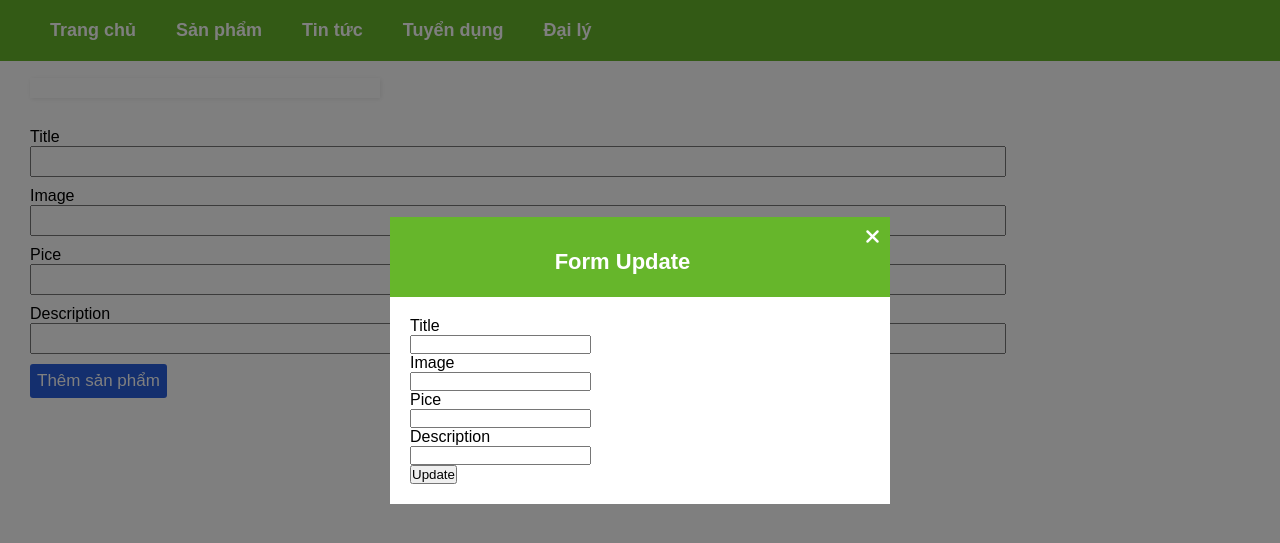
Repository: Ngoc28/CURD_HTML-CSS_JS_JSON
Page: index.html
An editor plug-in stored every save of this project. The page is shown before and after the next save, followed by the edit.
The browser window is 1280 px wide. The pictures show the whole page.
The page's requests for data from a server got no answer.

Above is the page before, as saved 2023-04-11 09:51:20.

### index.html
<!DOCTYPE html>
<html lang="en">
<head>
    <meta charset="UTF-8">
    <meta http-equiv="X-UA-Compatible" content="IE=edge">
    <meta name="viewport" content="width=device-width, initial-scale=1.0">
    <title>CURD Cơ bản</title>
    <link rel="stylesheet" href="https://cdnjs.cloudflare.com/ajax/libs/font-awesome/6.4.0/css/all.min.css" integrity="sha512-iecdLmaskl7CVkqkXNQ/ZH/XLlvWZOJyj7Yy7tcenmpD1ypASozpmT/E0iPtmFIB46ZmdtAc9eNBvH0H/ZpiBw==" crossorigin="anonymous" referrerpolicy="no-referrer" />
    <link rel="stylesheet" href="./asset/css/style.css">
</head>
<body>
    <header class="header-menu">
        <ul class="list-menu">
            <li class="item-menu"><a href="">Trang chủ</a></li>
            <li class="item-menu"><a href="">Sản phẩm</a></li>
            <li class="item-menu"><a href="">Tin tức</a></li>
            <li class="item-menu"><a href="">Tuyển dụng</a></li>
            <li class="item-menu"><a href="">Đại lý</a></li>
        </ul>
    </header>
    <div class="main">
        <div class="title-product">
            <h2 class="title">Sản phẩm của chúng tôi</h2>
        </div>
        <div class="products">
            <div class="product">
                <!-- <h3 class="product-name">Coca-Cola</h3>
                <img src="https://cdn.tgdd.vn/Products/Images/2947/190310/bhx/sua-trai-cay-nutriboost-huong-cam-297ml-202202122134380628.jpg" alt="" class="product-img">
                <spam class="product-price">18.000</spam>
                <span class="product-description">Nutriboost là thức uống dinh dưỡng kết hợp sữa và nước trái cây thơm ngon, giúp bạn luôn tràn năng lượng cho một ngày làm việc hiệu quả.</span> -->
            </div>
        </div>
    </div>
    <div class="form">
        <div class="form-1">
            <label for="">Title</label>
            <input type="text" name="title">
        </div>
        <div class="form-1">
            <label for="">Image</label>
            <input type="text" name="image">
        </div>
        <div class="form-1">
            <label for="">Pice</label>
            <input type="text" name="price">
        </div>
        <div class="form-1">
            <label for="">Description</label>
            <input type="text" name="description">
        </div>
        <button type="submit" id="create">Thêm sản phẩm</button>
    </div>

    <!-- formUpdate -->
    <div class="formUpdate">
        <div class="modal">
            <header>
                <i class="update-icon fa-solid fa-xmark"></i>
                <h1>
                    Form Update
                </h1>
            </header>
            <div class="modal-body">
                <div class="form-2">
                    <label for="">Title</label>
                    <input type="text" name="title">
                </div>
                <div class="form-2">
                    <label for="">Image</label>
                    <input type="text" name="image">
                </div>
                <div class="form-2">
                    <label for="">Pice</label>
                    <input type="text" name="price">
                </div>
                <div class="form-2">
                    <label for="">Description</label>
                    <input type="text" name="description">
                </div>
                <button type="submit" id="update">Update</button>
            </div>
        </div>
    </div>
    <script src="/script.js"></script>
</body>
</html>

### asset/css/style.css
*{
    padding: 0;
    margin: 0;
    box-sizing: border-box;
}

body {
    font-family: Arial, Helvetica, sans-serif;
}

.header-menu {
    position: fixed;
    top: 0;
    left: 0;
    right: 0;
    background-color: #66b62b;
    font-size: 18px;
    font-weight: 600;
}

.list-menu {
    display: flex;
    margin: 0 30px;
}

.item-menu {
    list-style: none;
}

.item-menu a {
    padding: 20px;
    display: block;
    text-decoration: none;
    color: #fff;
}

.item-menu a:hover {
    background-color: #ffd400;
    display: block;
}

/* Product */
.main {
    margin: 30px 30px 10px 30px;
}

.title-product {
    margin-bottom: 20px;
}


.title-product .title {
    text-align: center;
    color: #d72b27;
}

.products {
    display: flex;
    justify-content: space-between;
    flex-wrap: wrap;
}

.product {
    width: 350px;
    cursor: pointer;
    box-shadow: 1px 1px 5px   rgba(0, 0, 0, 0.09);
    margin-bottom: 20px;
    padding: 10px;
}


.product h3:hover {
    color: #d72b27;
}


.product-name {
    text-align: center;
}

.product-img {
    width: 100%;
    object-fit: cover;
}


.product .product-price:hover {
    color: #66b62b;
}

.product-price {
    color: #d72b27;
    margin: 10px 10px 6px;
    display: flex;
    justify-content: center;
    font-weight: 600;
}

.product-description {
    font-size: 15px;
    font-weight: 400;
    line-height: 20px;
    height: 40px;
    margin: 10px 10px 6px;
    overflow: hidden;
    display: block;
    display: -webkit-box;
    -webkit-box-orient: vertical;
    -webkit-line-clamp: 2;
}


.btn {
    display: flex;
    justify-content: center;
}


.delete-btn{
    margin-right: 10px;
}

.update-btn,
.delete-btn {
    padding: 8px;
    background-color: #66b62b;
    color: #fff;
    font-size: 15px;
    border: none;
    border-radius: 3px;
}

.update-btn:hover,
.delete-btn:hover {
    background-color: #336013;
}

/* Form */
.form {
    margin: 0 30px;

}

.form-1{
    margin-bottom: 10px;
}

.form-1 label {
    display: block;
    font-size: 16px;
    width: 90px;
}

.form-1 input {
    padding: 5px;
    font-size: 15px;
    width: 80%;
}

.form button {
    padding: 7px;
    background-color: #295fdd;
    color: #fff;
    font-size: 17px;
    border: none;
    border-radius: 3px;
}

.form button:hover {
    background-color: #172e62;
}

/* FormUpdate */

.formUpdate {
    position:fixed;
    top: 0;
    right: 0;
    bottom: 0;
    left: 0;
    background-color: rgba(0, 0, 0, 0.5);
    display: flex;
    align-items: center;
    justify-content: center;
}

.modal {
    background-color: #fff;
}

.modal header {
    background-color: #66b62b;
    color: #fff;
    height: 80px;
    width: 500px;
}

.modal h1 {
    line-height: 90px;
    text-align: center;
    font-size: 22px;
}

.modal .update-icon {
    float: right;
    padding: 10px;
    font-size: 20px;
    color: #fff;
}

.modal .update-icon:hover {
    color: #d72b27;
}

.modal-body {
    padding: 20px;
}

.form-2 label {
    display: block;
}

### script.js
let productsApi = 'http://localhost:3000/products';

function start() {
    getProducts(renderProducts);

    handleCreateForm()
}

start();

//lay ra san pham

function getProducts(callback) {

    fetch(productsApi)
    .then(function(response) {
        return response.json();
    })
    .then(callback);
}

function createProduct(data, callback) {
    var options = {
        method: 'POST',
        body: JSON.stringify(data),
        headers: {
            "Content-Type": "application/json",
            // 'Content-Type': 'application/x-www-form-urlencoded',
          }
    };
    fetch(productsApi, options)
        .then(function(response) {
            response.json();
        })
        .then(callback);

}

function handleDeleteProduct(id) {
    var options = {
        method: 'DELETE',
        headers: {
            "Content-Type": "application/json",
            // 'Content-Type': 'application/x-www-form-urlencoded',
          }
    };
    fetch(productsApi + '/' + id, options)
        .then(function(response) {
            response.json();
        })
        .then(function() {
           var productItem = document.querySelector('.product-item-' + id);
           if(productItem) {
            productItem.remove();
           }
        });
}


//show du lieu ra man hinh
function renderProducts(products) {
    var listProducts = document.querySelector('.products');

    var htmls = products.map(function(product) {
        return `
        <div class="product product-item-${product.id}">
            <h3 class="product-name">${product.title}</h3>
            <img src="${product.image}" class="product-img">
            <spam class="product-price">${product.price}đ</spam>
            <span class="product-description">${product.description}</span>
            <div class="btn">
                <button onclick="handleDeleteProduct(${product.id})" class="delete-btn">Delete</button>
                <button onclick="UpdateProduct()" class="update-btn">Update</button>
            </div>
        </div>`

    })

    listProducts.innerHTML = htmls.join('');
}

function handleCreateForm() {
    var createBtn = document.querySelector('#create');

    createBtn.onclick = function() {
        var title = document.querySelector('input[name="title"]').value;
        var image = document.querySelector('input[name="image"]').value;
        var price = document.querySelector('input[name="price"]').value;
        var description = document.querySelector('input[name="description"]').value;

        var formData = {
            title: title,
            image: image,
            price: price,
            description: description
        }

        createProduct(formData, function() {
            getProducts(renderProducts);
        });

    }
}

After the next save:
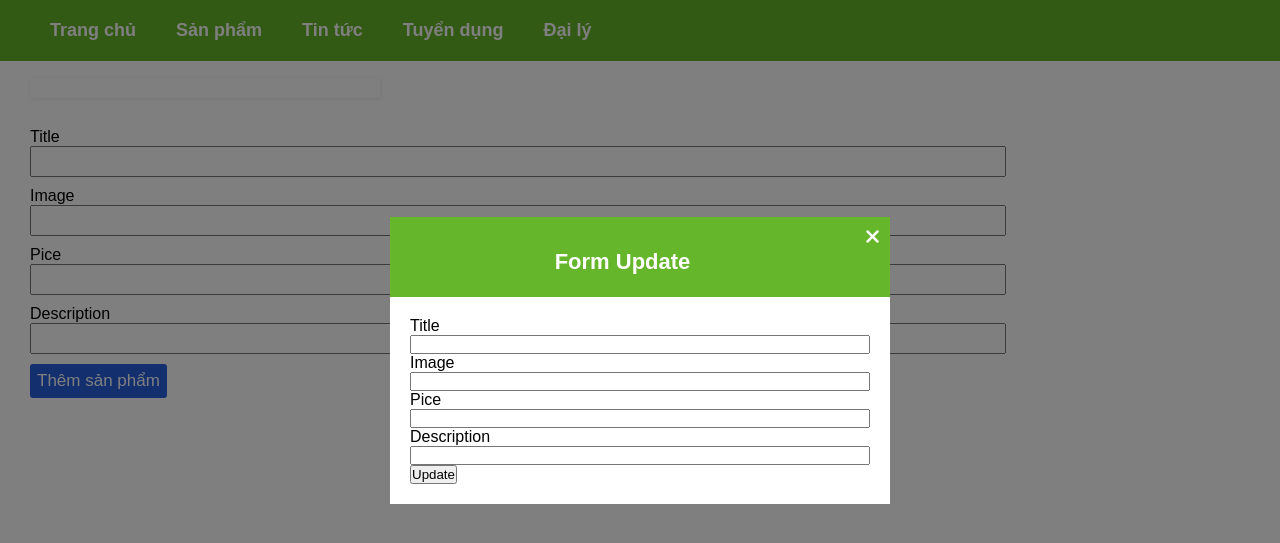
Saved 29 s later.
--- a/asset/css/style.css
+++ b/asset/css/style.css
@@ -219,3 +219,7 @@ body {
 .form-2 label {
     display: block;
 }
+
+.form-2 input {
+    width: 100%;
+}
